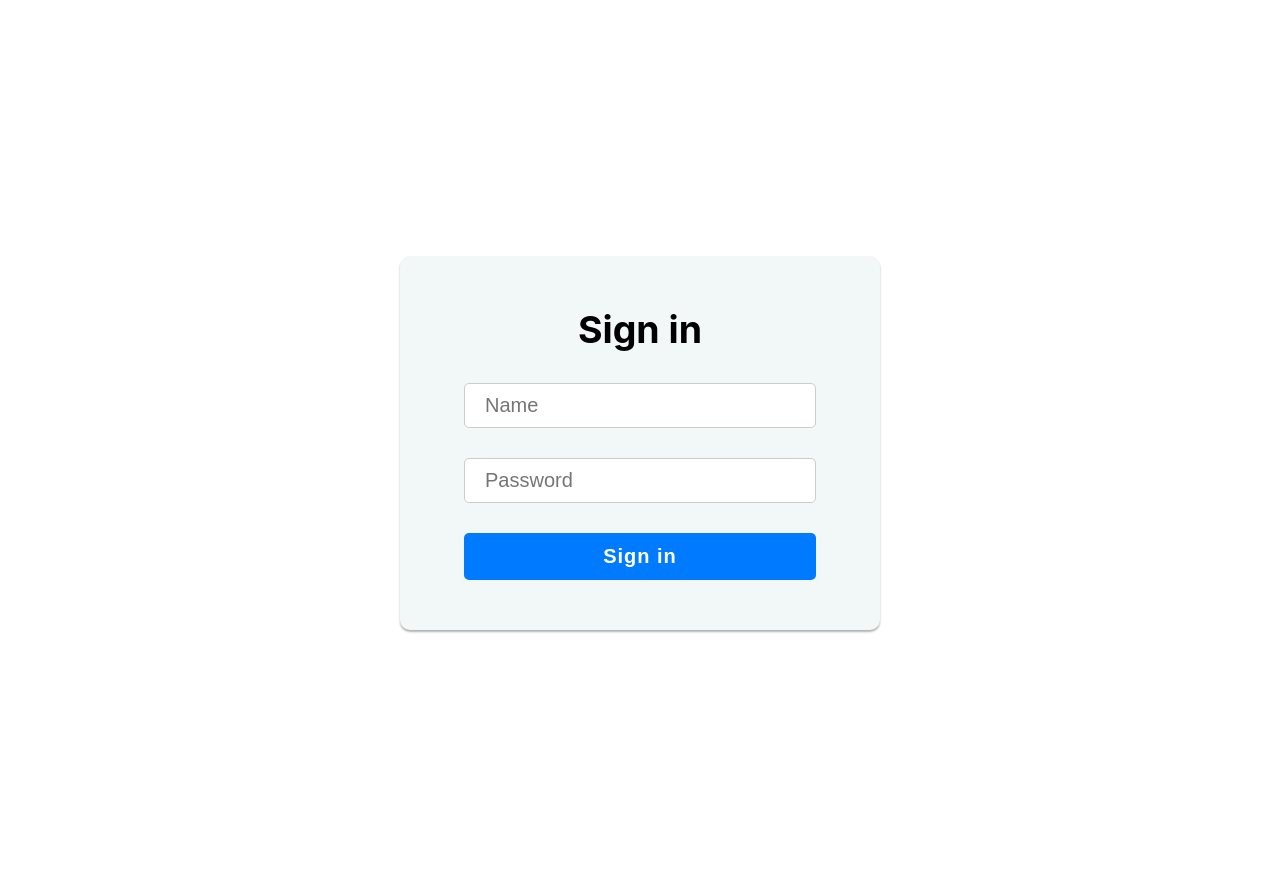
Repository: superHotBob/admin_nftillion
Page: /users
The author's editor kept a copy of each file at every save. The page is drawn from the files as they stood at one save, then again after the next save.
The browser window is 1280 px wide. The pictures show the whole page.
The project was rebuilt for these pictures with package versions that can differ from the ones it lists, and the page was loaded fresh each time. Also part of the build but not shown: src/components/NavPanel/styles.scss, src/components/Collections/styles.scss, src/components/Collections/index.js.

Above is the page before, as saved 2022-04-23 09:15:55.

After the next save:
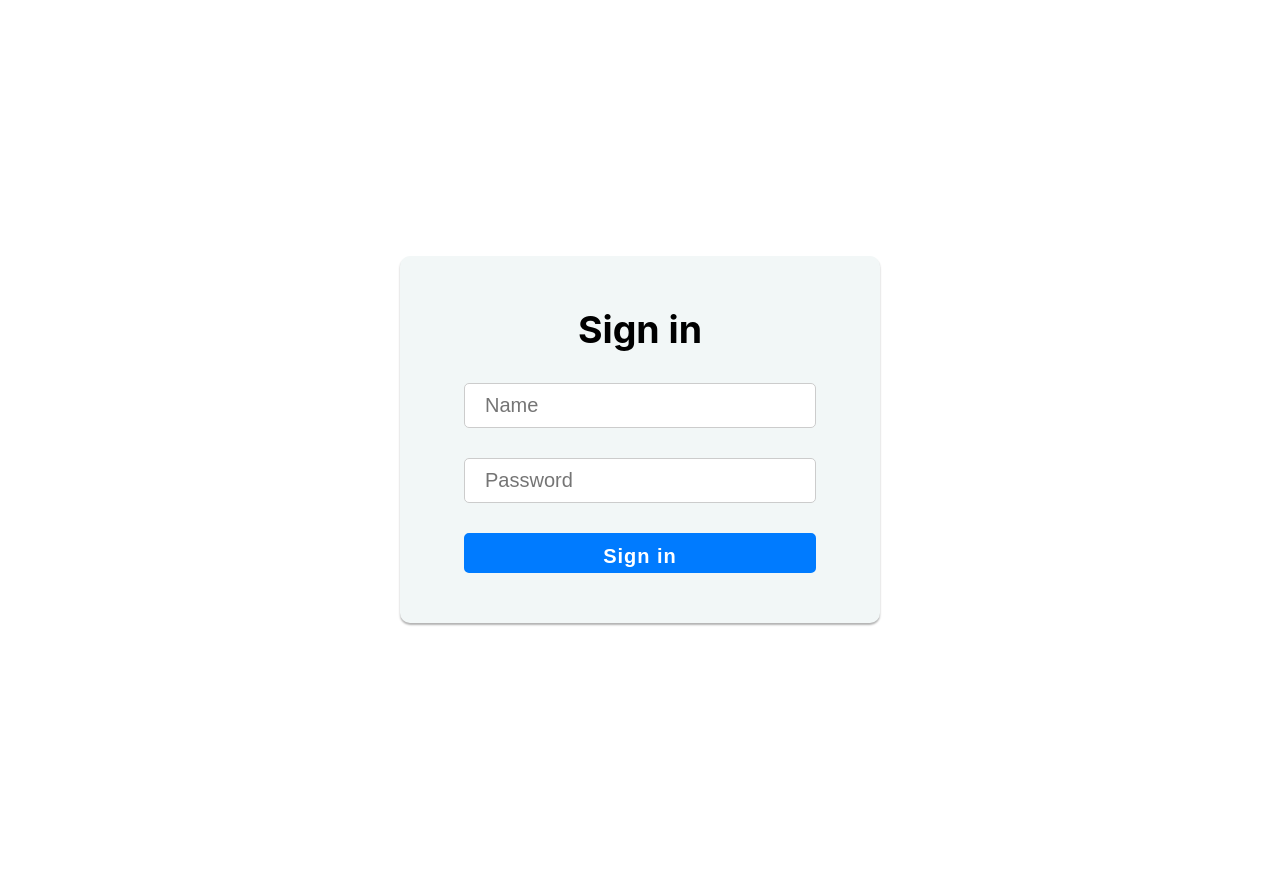
Saved 61 s later.
--- a/src/components/Users/styles.scss
+++ b/src/components/Users/styles.scss
@@ -46,3 +46,7 @@ header {
     background-color: #fff;
     border-left: 1px solid #000;
 }
+button {
+    height: 40px;
+    width: 45%;
+}
